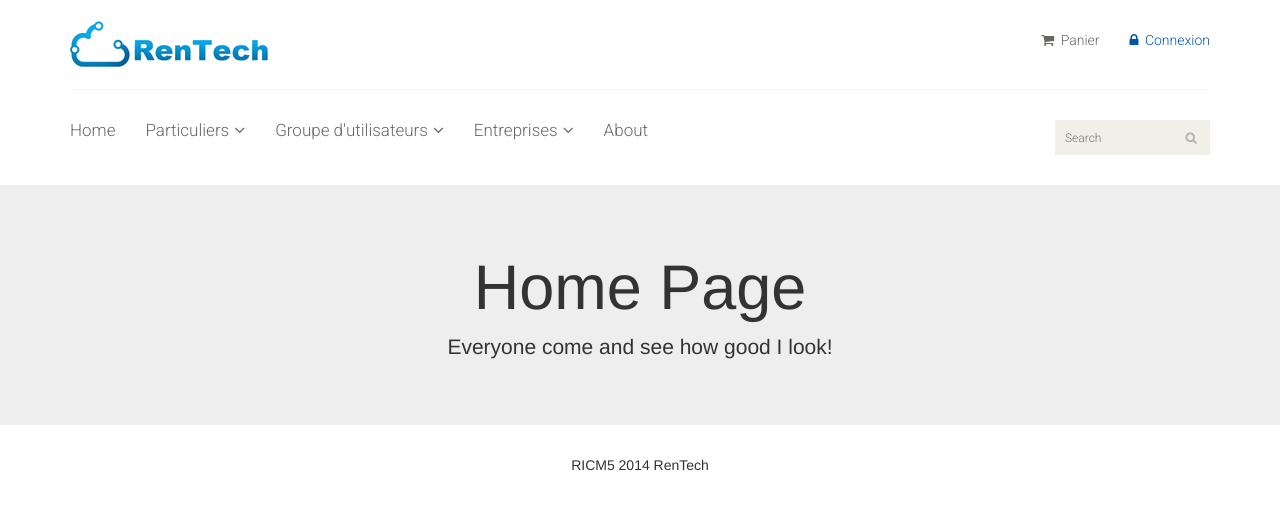
Repository: PaulLabat/RenTech
Page: http://localhost/RenTech/
An editor plug-in stored every save of this project. The page is shown before and after the next save, followed by the edit.
The browser window is 1280 px wide. The pictures show the whole page.
The page is served by Tomcat 9. Other server files are loaded and not shown.

Above is the page before, as saved 2014-10-29 09:27:34.

### RenTech/WebContent/index.jsp
<!DOCTYPE html>
<!-- define angular app -->
<html ng-app="scotchApp">

<head>
	  <meta charset="UTF-8" />

	  <!-- SCROLLS -->
	  <link rel="stylesheet" href="css/bootstrap.min.css" />
	  <link rel="stylesheet" href="css/font-awesome.min.css">
	  <link rel="stylesheet" href="css/animate.css">

	  <link rel="stylesheet" href="css/header.css" />
	  <link rel="stylesheet" href="css/login.css" />
	  <link rel="stylesheet" href="css/menus.css" />
	  <link rel="stylesheet" href="css/panier.css" />

	  <!-- SPELLS -->
	  <script src="js/angular.min.js"></script>
	  <script src="js/angular-route.js"></script>
	  <script src="js/script.js"></script>

	  <title>RenTech</title>
</head>

<!-- HEADER AND NAVBAR -->
<body ng-controller="mainController">

	<header id="header"><!--header-->
		<div class="header-middle"><!--header-middle-->
				<div class="container">
					<div class="row">
						<div class="col-sm-4">
							<div class="logo pull-left">
								<a href="#"><img src="img/logo-small.png" alt="" /></a>
							</div>
						</div>

						<div class="col-sm-8">
							<div class="shop-menu pull-right">
								<ul class="nav navbar-nav">
									<li><a href="#panier"><i class="fa fa-shopping-cart"></i> Panier</a></li>
									<li><a href="#login" class="active"><i class="fa fa-lock"></i> Connexion</a></li>
								</ul>
							</div>
						</div>
					</div>
				</div>
			</div><!--/header-middle-->

		<div class="header-bottom"><!--header-bottom-->
			<div class="container">
				<div class="row">
					<div class="col-sm-9">
						<div class="mainmenu pull-left">
							<ul class="nav navbar-nav collapse navbar-collapse">
								<li><a href="#">Home</a></li>
								<li class="dropdown"><a href="#">Particuliers<i class="fa fa-angle-down"></i></a>
                                    <ul role="menu" class="sub-menu">
                                        <li><a href="#categ">Section 1</a></li>
										<li><a href="#categ">Section 2</a></li>
										<li><a href="#categ">Section 3</a></li>
                                    </ul>
                                </li>
								<li class="dropdown"><a href="#">Groupe d'utilisateurs<i class="fa fa-angle-down"></i></a>
                                    <ul role="menu" class="sub-menu">
                                        <li><a href="#categ">Section 1</a></li>
										<li><a href="#categ">Section 2</a></li>
										<li><a href="#categ">Section 3</a></li>
                                    </ul>
                                </li>
								<li class="dropdown"><a href="#">Entreprises<i class="fa fa-angle-down"></i></a>
                                    <ul role="menu" class="sub-menu">
                                        <li><a href="#categ">Section 1</a></li>
										<li><a href="#categ">Section 2</a></li>
										<li><a href="#categ">Section 3</a></li>
                                    </ul>
                                </li>
								<li><a href="#about">About</a></li>
							</ul>
						</div>
					</div>
					<div class="col-sm-3">
						<div class="search_box pull-right">
							<input type="text" placeholder="Search"/>
						</div>
					</div>
				</div>
			</div>
		</div><!--/header-bottom-->
	</header><!--/header-->

  <!-- MAIN CONTENT AND INJECTED VIEWS -->
  <div id="main">

    <!-- angular templating -->
		<!-- this is where content will be injected -->
    <div ng-view></div>

  </div>

  <footer class="text-center">
    <p>RICM5 2014 RenTech</p>
  </footer>
</body>

</html>

### RenTech/WebContent/css/header.css
/*************************
*******Header CSS******
**************************/
@import url(http://fonts.googleapis.com/css?family=Roboto:400,300,400italic,500,700,100);

.header_top {
  background: none repeat scroll 0 0 #F0F0E9;
}


.header-middle .container .row {
  border-bottom: 1px solid #f5f5f5;
  margin-left: 0;
  margin-right: 0;
  padding-bottom: 20px;
  padding-top: 20px;
}

.header-middle .container .row .col-sm-4{
  padding-left: 0;
}

.header-middle .container .row .col-sm-8 {
	padding-right:0;
}

.btn-group.open .dropdown-toggle {
  background: rgba(0, 0, 0, 0);
  box-shadow: none;
}

.dropdown-menu  li  a:hover, .dropdown-menu  li  a:focus {
  background-color: #0055AA;
  color: #FFFFFF;
  font-family: 'Roboto', sans-serif;
  text-decoration: none;
}


.shop-menu ul li {
	display:inline-block;
  padding-left: 15px;
  padding-right: 15px;
}

.shop-menu ul li:last-child {
  padding-right: 0;
}


.shop-menu ul li a {
  background: #FFFFFF;
  color: #696763;
  font-family: 'Roboto', sans-serif;
  font-size: 14px;
  font-weight: 300;
  padding:0;
  padding-right: 0;
  margin-top: 10px;
}


.shop-menu ul li a i{
	margin-right:3px;
}


.shop-menu ul li a:hover {
	color:#0055AA;
	background:#fff;
}


.header-bottom {
  padding-bottom: 30px;
  padding-top: 30px;
}

.navbar-collapse.collapse{
  padding-left: 0;
}

.mainmenu ul li{
  padding-right: 15px;
  padding-left: 15px;
}

.mainmenu ul li:first-child{
  padding-left: 0px;
}

.mainmenu ul li a {
	color: #696763;
	font-family: 'Roboto', sans-serif;
	font-size: 17px;
	font-weight: 300;
	padding: 0;
	padding-bottom: 10px;
}

.mainmenu ul li a:hover, .mainmenu ul li a.active,  .shop-menu ul li a.active{
	background:none;
	color:#0055AA;
}

.search_box input {
  background: #F0F0E9;
  border: medium none;
  color: #B2B2B2;
  font-family: 'roboto';
  font-size: 12px;
  font-weight: 300;
  height: 35px;
  outline: medium none;
  padding-left: 10px;
  width: 155px;
  background-image: url(../img/searchicon.png);
  background-repeat: no-repeat;
  background-position: 130px;
}

### RenTech/WebContent/css/login.css
/*************************
*******login page CSS******
**************************/

#form {
  display: block;
  margin-bottom: 185px;
  margin-top: 185px;
  overflow: hidden;
}

.login-form h2, .signup-form h2 {
  color: #696763;
  font-family: 'Roboto', sans-serif;
  font-size: 20px;
  font-weight: 300;
  margin-bottom: 30px;
}


.login-form form input, .signup-form form input {
  background: #F0F0E9;
  border: medium none;
  color: #696763;
  display: block;
  font-family: 'Roboto', sans-serif;
  font-size: 14px;
  font-weight: 300;
  height: 40px;
  margin-bottom: 10px;
  outline: medium none;
  padding-left: 10px;
  width: 100%;
}

.login-form form span{
  line-height: 25px;
}

.login-form form span input {
  width: 15px;
  float: left;
  height: 15px;
  margin-right: 5px;
}

.login-form form button {
  margin-top: 23px;
}

.login-form form button, .signup-form form button {
  background: #0055CC;
  border: medium none;
  border-radius: 0;
  color: #FFFFFF;
  display: block;
  font-family: 'Roboto', sans-serif;
  padding: 6px 25px;
}

.login-form label input {
  border: medium none;
  display: inline-block;
  height: 0;
  margin-bottom: 0;
  outline: medium none;
  padding-left: 0;
}

.or{
	background: #0055CC;
	border-radius: 40px;
	color: #FFFFFF;
	font-family: 'Roboto', sans-serif;
	font-size: 16px;
	height: 50px;
	line-height: 50px;
	margin-top: 75px;
	text-align: center;
	width: 50px;
}

### RenTech/WebContent/css/menus.css
/*  Dropdown menu*/

.navbar-header
.navbar-toggle .icon-bar {
    background-color: #fff;
}


.nav.navbar-nav > li:hover > ul.sub-menu{
  display: block;
  -webkit-animation: fadeInUp 400ms;
  -moz-animation: fadeInUp 400ms;
  -ms-animation: fadeInUp 400ms;
  -o-animation: fadeInUp 400ms;
  animation: fadeInUp 400ms;
}

ul.sub-menu {
	position: absolute;
	top: 30px;
	left: 0;
	background: rgba(0, 0, 0, 0.6);
	list-style: none;
	padding: 0;
	margin: 0;
	width: 220px;
	-webkit-box-shadow: 0 3px 3px rgba(0, 0, 0, 0.1);
	box-shadow: 0 3px 3px rgba(0, 0, 0, 0.1);
	display: none;
	z-index: 999;
}

.dropdown ul.sub-menu li .active{
  color: #FDB45E;
  padding-left: 0;
}


.navbar-nav li ul.sub-menu li{
  padding: 10px 20px 0 ;
}

.navbar-nav li ul.sub-menu li:last-child{
  padding-bottom: 20px;
}

.navbar-nav li ul.sub-menu li a{
  color: #fff;
}

.navbar-nav li ul.sub-menu li a:hover{
    color: #FDB45E;
}

.fa-angle-down{
  padding-left: 5px;
}

@-webkit-keyframes fadeInUp {
  0% {
    opacity: 0;
    -webkit-transform: translateY(20px);
    transform: translateY(20px);
  }

  100% {
    opacity: 1;
    -webkit-transform: translateY(0);
    transform: translateY(0);
  }
}

### RenTech/WebContent/css/panier.css
@import url(http://fonts.googleapis.com/css?family=Roboto:400,300,400italic,500,700,100);

.cart_menu td, .intern_nav ol li {
	color: #0055AA;
	font-family: 'Roboto', sans-serif;
	font-size: 17px;
	font-weight: 300;
	padding: 0;
	padding-bottom: 10px;
}

.intern_nav ol li a:hover, .intern_nav ol li a.active {
	background:none;
	color:#0055AA;
}

.cross a {
  background:#F0F0E9;
  color: #FFFFFF;
  padding: 5px 7px;
  font-size: 16px
}

.cross a:hover {
  background:#0055AA
}

### RenTech/WebContent/js/script.js
	// create the module and name it scotchApp
    // also include ngRoute for all our routing needs
	var scotchApp = angular.module('scotchApp', ['ngRoute']);

	// configure our routes
	scotchApp.config(function($routeProvider) {
		$routeProvider

			.when('/', {
				templateUrl : 'views/home.jsp',
				controller  : 'mainController'
			})

			.when('/about', {
				templateUrl : 'views/about.jsp',
				controller  : 'aboutController'
			})

			.when('/categ', {
				templateUrl : 'views/categ.jsp',
				controller  : 'categController'
			})

			.when('/login', {
				templateUrl : 'views/login.jsp',
			})

			.when('/panier', {
				templateUrl : 'views/panier.jsp',
			});
	});

	// create the controller and inject Angular's $scope
	scotchApp.controller('mainController', function($scope) {
		// create a message to display in our view
		$scope.message = 'Everyone come and see how good I look!';
	});

	scotchApp.controller('aboutController', function($scope) {
		$scope.message = 'Look! I am an about page.';
	});

	scotchApp.controller('categController', function($scope) {
		$scope.message = 'Hey! This is a section!';
	});

	scotchApp.controller('panierController', function($scope) {
		$scope.message = 'Hey! This is a section!';
	});

### RenTech/WebContent/views/home.jsp
<div class="jumbotron text-center">
	<h1>Home Page</h1>

	<p>{{ message }}</p>
</div>

<!--  INSERER LES APERCUS DES PRODUITS DES DIFFERENTES CATEGORIES ICI -->

Loaded but not shown: RenTech/WebContent/css/bootstrap.min.css (library); RenTech/WebContent/css/font-awesome.min.css (library); RenTech/WebContent/css/animate.css (library); RenTech/WebContent/js/angular.min.js (library); RenTech/WebContent/js/angular-route.js (924 lines, source omitted)

After the next save:
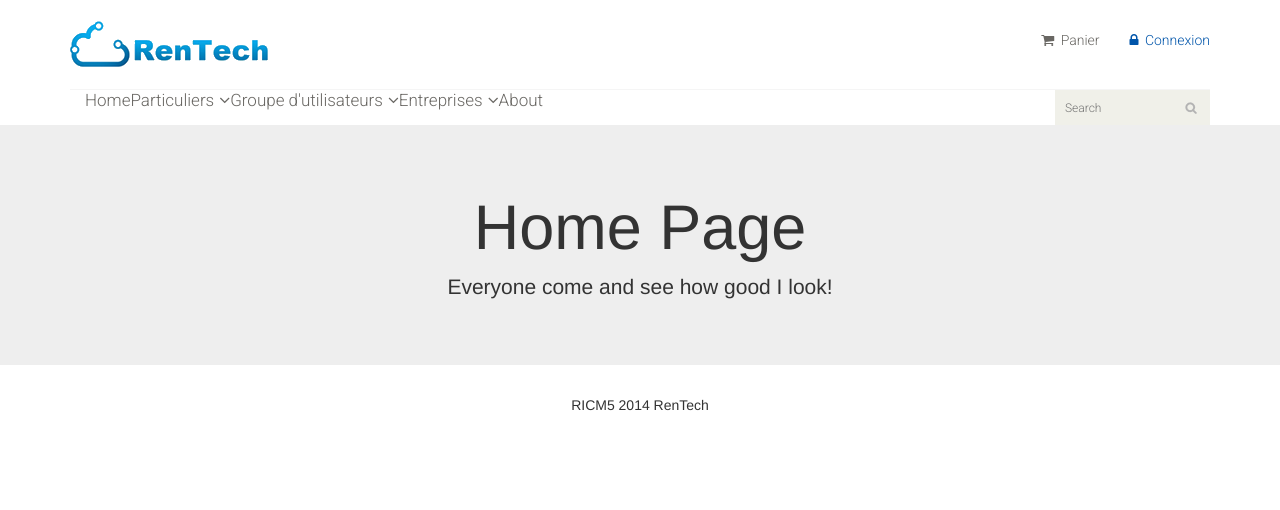
Saved 99 s later.
--- a/RenTech/WebContent/css/header.css
+++ b/RenTech/WebContent/css/header.css
@@ -70,25 +70,6 @@
 	background:#fff;
 }
 
-
-.header-bottom {
-  padding-bottom: 30px;
-  padding-top: 30px;
-}
-
-.navbar-collapse.collapse{
-  padding-left: 0;
-}
-
-.mainmenu ul li{
-  padding-right: 15px;
-  padding-left: 15px;
-}
-
-.mainmenu ul li:first-child{
-  padding-left: 0px;
-}
-
 .mainmenu ul li a {
 	color: #696763;
 	font-family: 'Roboto', sans-serif;

After the save that followed:
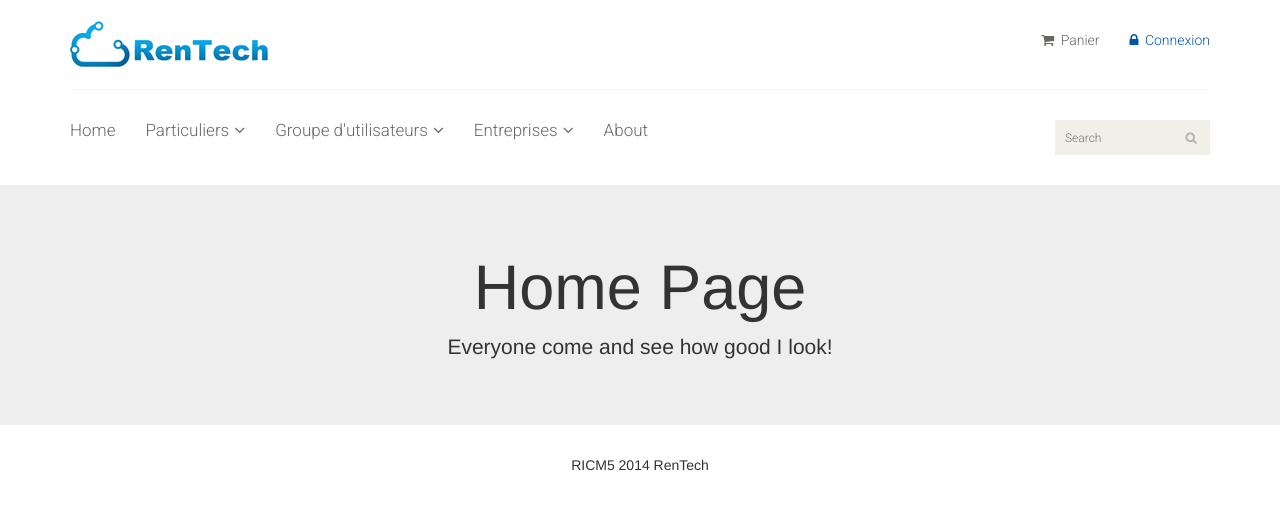
Saved 44 s later.
--- a/RenTech/WebContent/css/header.css
+++ b/RenTech/WebContent/css/header.css
@@ -70,6 +70,25 @@
 	background:#fff;
 }
 
+
+.header-bottom {
+  padding-bottom: 30px;
+  padding-top: 30px;
+}
+
+.navbar-collapse.collapse{
+  padding-left: 0;
+}
+
+.mainmenu ul li{
+  padding-right: 15px;
+  padding-left: 15px;
+}
+
+.mainmenu ul li:first-child{
+  padding-left: 0px;
+}
+
 .mainmenu ul li a {
 	color: #696763;
 	font-family: 'Roboto', sans-serif;
